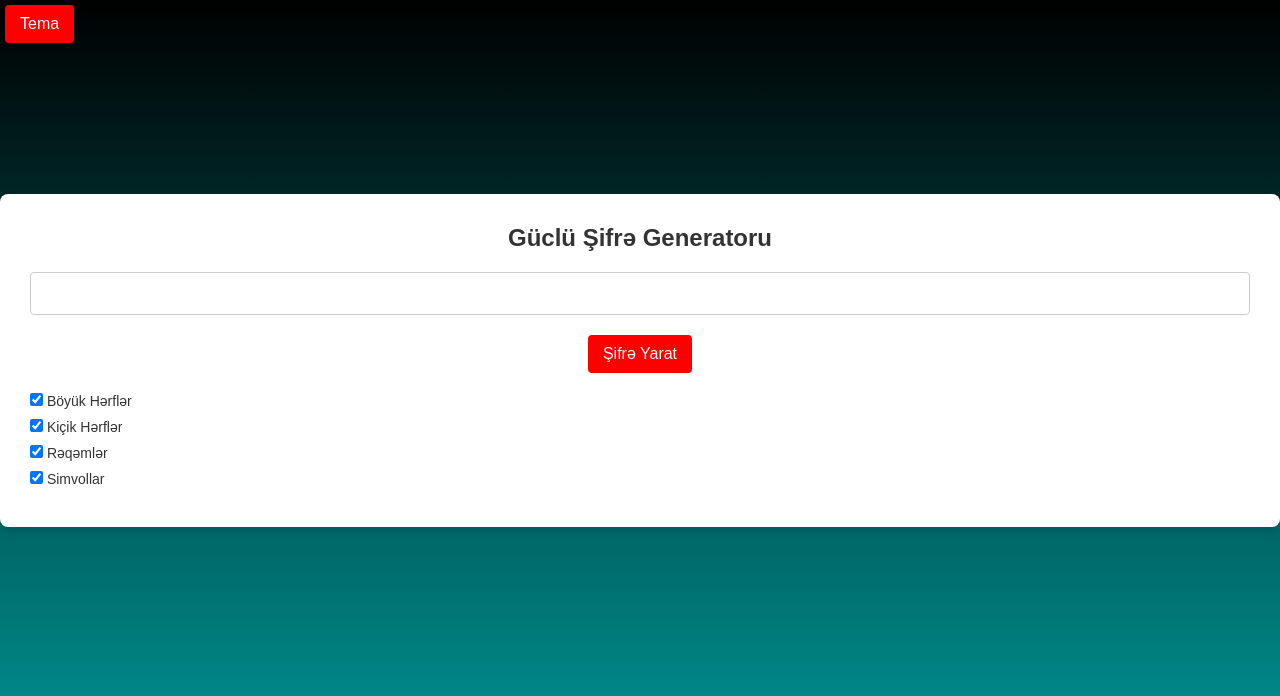
Repository: ferhadsultan98/pass-generator
Page: pass.html
An editor plug-in stored every save of this project. The page is shown before and after the next save, followed by the edit.
The browser window is 1280 px wide. The pictures show the whole page.

Above is the page before, as saved 2025-03-04 12:05:32.

### pass.html
<!DOCTYPE html>
<html lang="az">
<head>
  <meta charset="UTF-8">
  <meta name="viewport" content="width=device-width, initial-scale=1.0">
  <title>Güclü Şifrə Generatoru</title>
<style>
    * {
  margin: 0;
  padding: 0;
  box-sizing: border-box;
}

body {
  font-family: Arial, sans-serif;
  height: 100vh;
  display: flex;
  justify-content: center;
  align-items: center;
  background: linear-gradient(to top, darkcyan, black);
  color: #333;
  transition: background-color 0.3s, color 0.3s;
}

body.dark-mode {
  background-color: #333;
  color: #f4f4f9;
}

.container {
  background-color: #fff;
  padding: 30px;
  border-radius: 8px;
  box-shadow: 0 4px 6px rgba(0, 0, 0, 0.1);
  text-align: center;
  width: 100%;
}

body.dark-mode .container {
  background-color: #444;
  box-shadow: 0 4px 6px rgba(0, 0, 0, 0.3);
}

h1 {
  margin-bottom: 20px;
  font-size: 24px;
}

#password {
  width: 100%;
  padding: 10px;
  font-size: 18px;
  margin-bottom: 20px;
  border: 1px solid #ccc;
  border-radius: 4px;
}

button {
  padding: 10px 15px;
  font-size: 16px;
  background-color: red;
  color: white;
  border: none;
  border-radius: 4px;
  cursor: pointer;
}

button:hover {
  background-color: red;
}

.options {
  margin-top: 20px;
  text-align: left;
}

label {
  display: block;
  margin-bottom: 10px;
  font-size: 14px;
}

.theme-switch {
left: 5px;
top: 5px;
  position: absolute;
}

body.dark-mode .theme-switch label {
  color: #fff;
}

/* Responsiveness */
@media (max-width: 500px) {
  .container {
    padding: 20px;
  }

  h1 {
    font-size: 20px;
  }

  button {
    font-size: 14px;
  }
}

</style>
</head>
<body>
  <div class="container">
    <h1>Güclü Şifrə Generatoru</h1>
    <input type="text" id="password" readonly>
    <button onclick="generatePassword()">Şifrə Yarat</button>

    <div class="options">
      <label>
        <input type="checkbox" id="includeUppercase" checked>
        Böyük Hərflər
      </label>
      <label>
        <input type="checkbox" id="includeLowercase" checked>
        Kiçik Hərflər
      </label>
      <label>
        <input type="checkbox" id="includeNumbers" checked>
        Rəqəmlər
      </label>
      <label>
        <input type="checkbox" id="includeSymbols" checked>
        Simvollar
      </label>
    </div>

    <div class="theme-switch">
        <button id="themeToggle"  onchange="toggleTheme()">Tema</button>
    </div>
  </div>

<script>
    // Şifrə yaratma funksiyası
function generatePassword() {
  const length = 12; // Şifrə uzunluğu
  const includeUppercase = document.getElementById('includeUppercase').checked;
  const includeLowercase = document.getElementById('includeLowercase').checked;
  const includeNumbers = document.getElementById('includeNumbers').checked;
  const includeSymbols = document.getElementById('includeSymbols').checked;

  let characters = '';
  if (includeUppercase) characters += 'ABCDEFGHIJKLMNOPQRSTUVWXYZ';
  if (includeLowercase) characters += 'abcdefghijklmnopqrstuvwxyz';
  if (includeNumbers) characters += '0123456789';
  if (includeSymbols) characters += '!@#$%^&*()-_=+[]{}|;:,.<>?/';

  if (characters === '') {
    alert('Ən az bir seçim etməlisiniz!');
    return;
  }

  let password = '';
  for (let i = 0; i < length; i++) {
    password += characters.charAt(Math.floor(Math.random() * characters.length));
  }

  document.getElementById('password').value = password;
}

// Tema dəyişdirmə funksiyası
function toggleTheme() {
  const themeToggle = document.getElementById('themeToggle');
  if (themeToggle.checked) {
    document.body.classList.add('dark-mode');
  } else {
    document.body.classList.remove('dark-mode');
  }
}

</script>
</body>
</html>

After the next save:
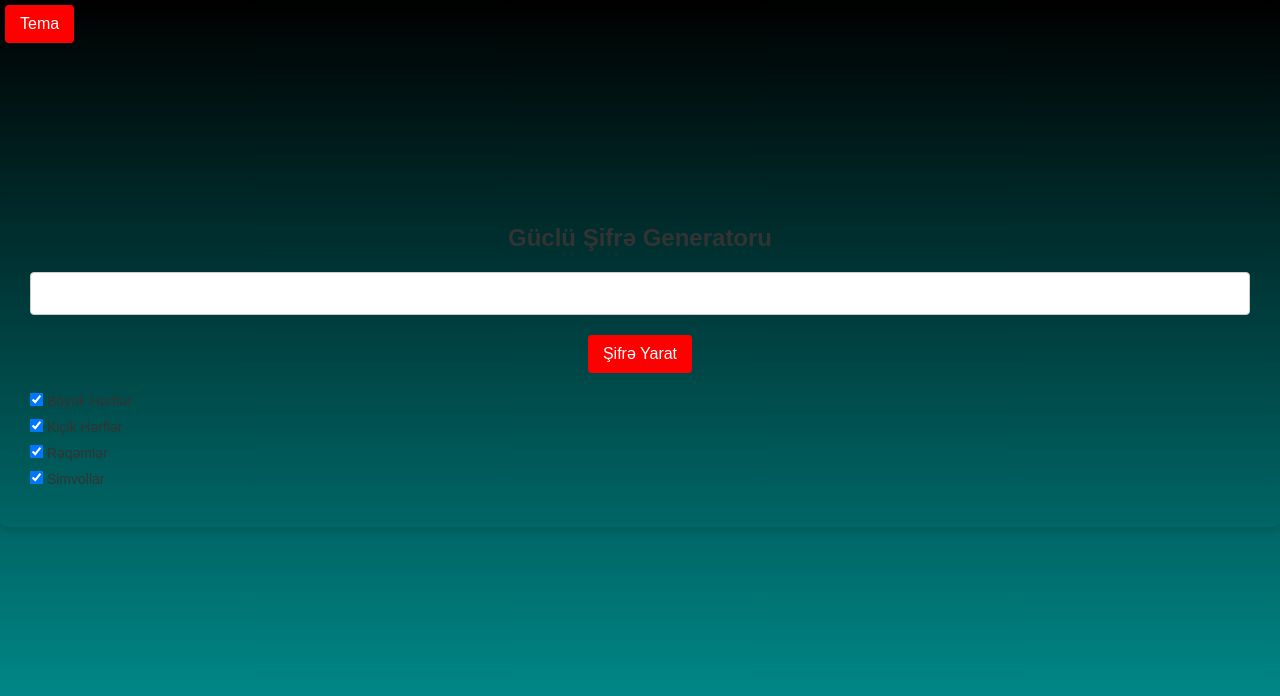
Saved 8 s later.
--- a/pass.html
+++ b/pass.html
@@ -28,7 +28,7 @@ body.dark-mode {
 }
 
 .container {
-  background-color: #fff;
+
   padding: 30px;
   border-radius: 8px;
   box-shadow: 0 4px 6px rgba(0, 0, 0, 0.1);
